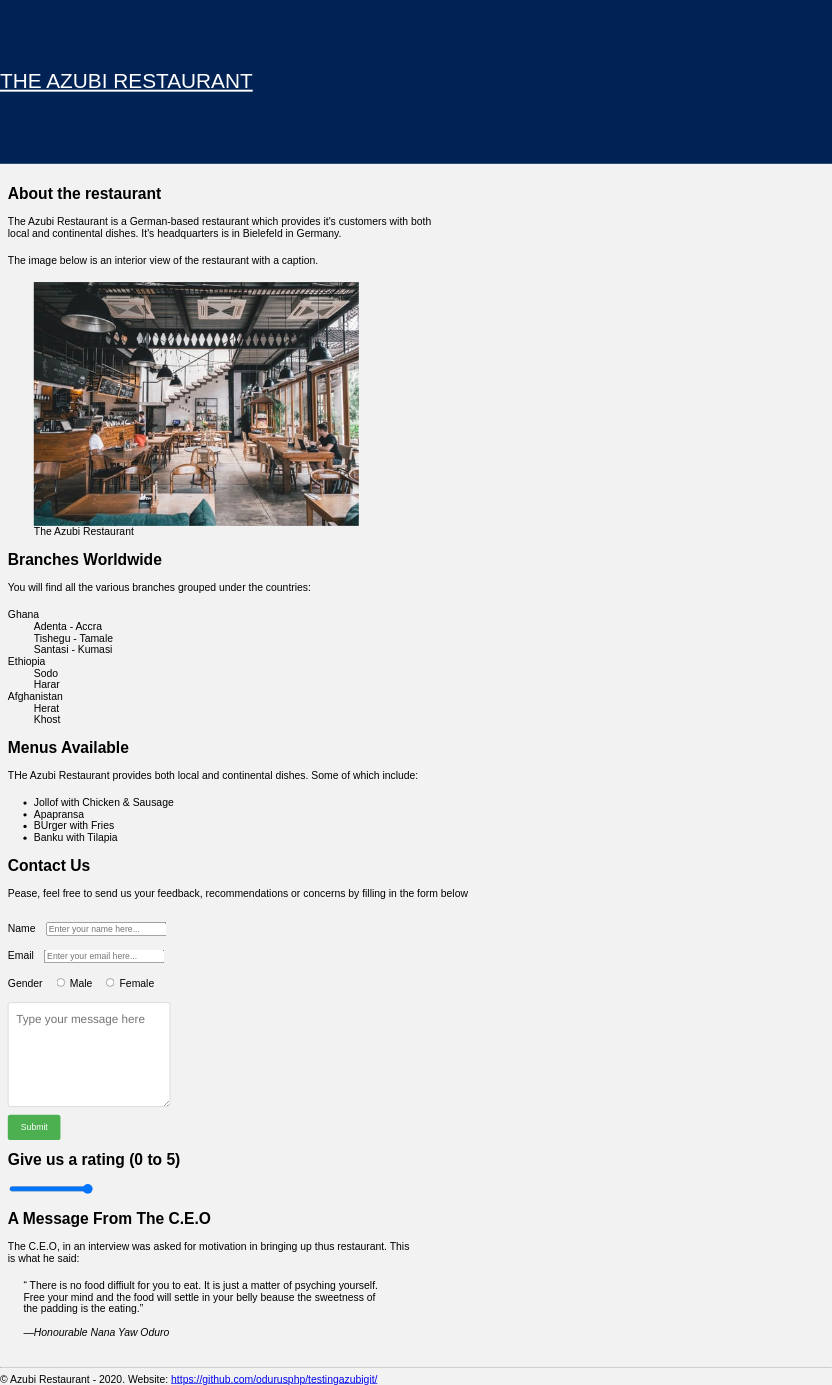
Repository: odurusphp/testingazubigit
Page: Fortune/FortunatusWulnye.html
The author's editor kept a copy of each file at every save. The page is drawn from the files as they stood at one save, then again after the next save.
The browser window is 1280 px wide. The pictures show the whole page, at 65% of full size.

Above is the page before, as saved 2020-08-03 02:00:15.

### Fortune/FortunatusWulnye.html
<!--COMMENTS THAT ARE MINE ARE WRITTEN IN CAPITAL LETTERS-->
<!--THE GENERAL STRUCTURE OF THE PAGE IS GOOD WITH THE INDENTATION TOO-->
<!--THE CLASSES THAT YOU IMPLEMENTED TOO ARE GREAT KEEP IT UP-->
<!DOCTYPE html>
<html lang="en">
  <head>

    <meta charset="UTF-8" />
    <meta name="viewport" content="width=device-width, initial-scale=1.0" />
    <title>The Azubi Restaurant</title>
    <meta name="descrition" content="A website for Azubi restaurant">
    <meta name="author" content="Fortunatus Aabangbio Wulnye">
    <link rel="stylesheet" href="css/style.css">

  </head>

  <body>

      <header class="main-header">
        <div class="brand">
          <h1 class="site-title"><a href="#">THE AZUBI RESTAURANT</a></h1>
        </div>
      </header>

      <main class="main-container">
        <aside class="About">
          <h2>About the restaurant</h2>
          <p>
            The Azubi Restaurant is a German-based restaurant which provides
            it's customers with both <br />
            local and continental dishes. It's headquarters is in Bielefeld in
            Germany.
          </p>
          <p>
            The image below is an interior view of the restaurant with a caption.
          </p>
          <!--IN ADDING THE IMAGE YOU TYPED OUT THE SRC WRONGLY KINDLY TAKE NOTE AND DO WELL TO REVIEW YOUR PAGE ALWAYS-->
        </aside>

        <div class="about-fig">
          <figure>
            <img
              src="images/FortununatusWulnyeRestaurant.jpg"
              alt="Azubi Restaurant"
            />
            <figcaption>The Azubi Restaurant</figcaption>
          </figure>
        </div>

        <section class="branches">
          <h2>Branches Worldwide</h2>
          <p>You will find all the various branches grouped under the countries:</p>
          <dl>
            <dt class="country">Ghana</dt>
            <div class="location">
              <dd>Adenta - Accra</dd>
              <dd>Tishegu - Tamale</dd>
              <dd>Santasi - Kumasi</dd>
            </div>

            <dt class="country">Ethiopia</dt>
            <div class="location">
              <dd>Sodo</dd>
              <dd>Harar</dd>
            </div>

            <dt class="country">Afghanistan</dt>
            <div class="location">
              <dd>Herat</dd>
              <dd>Khost</dd>
            </div>
          </dl>
        </section>

        <section class="menus">
          <h2>Menus Available</h2>
          <p>THe Azubi Restaurant provides both local and continental dishes. Some of which include:</p>
          <ul>
            <li>Jollof with Chicken & Sausage</li>
            <li>Apapransa</li>
            <li>BUrger with Fries</li>
            <li>Banku with Tilapia</li>
          </ul>
        </section>

        <div class="Contact">
          <h2>Contact Us</h2>
          <p>Pease, feel free to send us your feedback, recommendations or concerns by filling in the form below</p>
          <form action="" method="POST">
            <label for="fname">Name</label>
            <input type="text" name="fname" placeholder ="Enter your name here..." required> <br>

            <label for="email">Email</label>
            <input type="text" name="email" placeholder ="Enter your email here..." required> <br>

            <label for="gender">Gender</label>
            <input type="radio" id="male" value="male">
            <label for="gender">Male</label>
            <input type="radio" id="female" value="female">
            <label for="gender">Female</label> <br>

            <textarea name="message" id="" cols="20" rows="5" placeholder="Type your message here"></textarea> <br/>

            <input type="submit" value="Submit"  />
          </form>
          <br>

        </div>
        <br>

        <div class="rating">
          <h2>Give us a rating (0 to 5)</h2>
          <div class="slider">
             <input type="range" min="0" max="5" value="50">
          </div>
        </div>

        <div class="ceomessage">
          <h2>A Message From The C.E.O</h2>
          <P>The C.E.O, in an interview was asked for motivation in bringing up thus restaurant. This<br> is what he said: <blockquote> <q> There is no food diffiult for you to eat. It is just a matter of psyching yourself.<br> Free your mind and the food
          will settle in your belly beause the sweetness of <br> the padding is the eating.</q><br> <br>
        &mdash;<cite>Honourable Nana Yaw Oduro</cite>
      </blockquote>
           </P>
        </div>

      </main>
        <hr />

        <footer>
          &copy; Azubi Restaurant - 2020. Website: <a
          href="https://github.com/odurusphp/testingazubigit/">https://github.com/odurusphp/testingazubigit/</a>
        </footer>

  </body>
</html>

### Fortune/css/style.css
html {
  font-family: sans-serif;
  -webkit-text-size-adjust: 100%;
  -ms-text-size-adjust: 100%;
  justify-content: center;
  align-items: middle;
}
body {
  margin: 0;
  background-color: hsl(0, 0%, 95%);
}

/*--------------------------------------------------------------
Header styles
--------------------------------------------------------------*/

.main-header {
  padding: 1em 0;
  background-color: #002254;
}

.brand {
  padding: 70px 0;
  text-align: center;
}
.site-title a {
  -js-display: flex;
  display: flex;
  align-items: baseline;
  margin: 0;
  font-weight: 400;
  text-align: center;
  color: white;
}

.main-container {
  border-radius: 2px;
  padding: 12px;
}

aside,
figcaption,
figure,
footer,
header,
main,
nav,
section {
  display: block;
}

a:active,
a:hover {
  outline: 0;
}

b,
strong {
  font-weight: bold;
}

p {
  margin-bottom: 1.5em;
}

h1 {
  font-size: 2em;
  margin: 0.67em 0;
}

img {
  display: block;
  border: 0;
  width: auto;
  height: auto;
}

label {
  padding: 12px 12px 12px 0;
  display: inline-block;
}

input [type="text"],
select,
textarea {
  color: inherit;
  font: inherit;
  margin: 0;
  padding: 12px;
  border: 1px solid #ccc;
  border-radius: 4px;
  resize: vertical;
  margin: 8px 0;
  font-family: "Source Sans Pro", "Helvetica", Arial, sans-serif;
  font-size: 18px;
  line-height: 1.5;
}

input[type="submit"] {
  background-color: #4caf50;
  color: white;
  padding: 12px 20px;
  border: none;
  border-radius: 4px;
  cursor: pointer;
  float: left;
}

select {
  text-transform: none;
}

textarea {
  overflow: auto;
}

input::-moz-focus-inner {
  border: 0;
  padding: 0;
}

input {
  line-height: normal;
}

input[type="radio"] {
  box-sizing: border-box;
  padding: 0;
}

blockquote {
  margin: 0 1.5em;
}

After the next save:
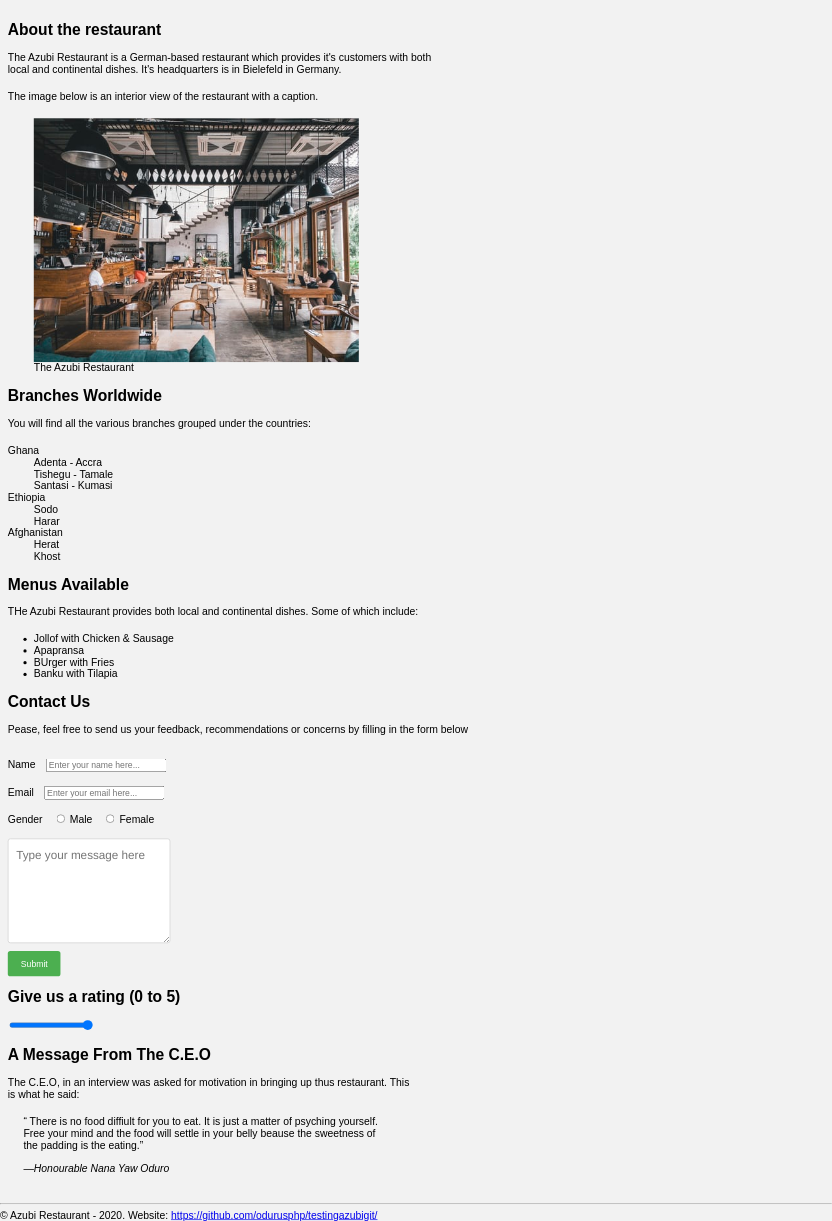
Saved 20 s later.
--- a/Fortune/FortunatusWulnye.html
+++ b/Fortune/FortunatusWulnye.html
@@ -16,11 +16,7 @@
 
   <body>
 
-      <header class="main-header">
-        <div class="brand">
-          <h1 class="site-title"><a href="#">THE AZUBI RESTAURANT</a></h1>
-        </div>
-      </header>
+
 
       <main class="main-container">
         <aside class="About">
